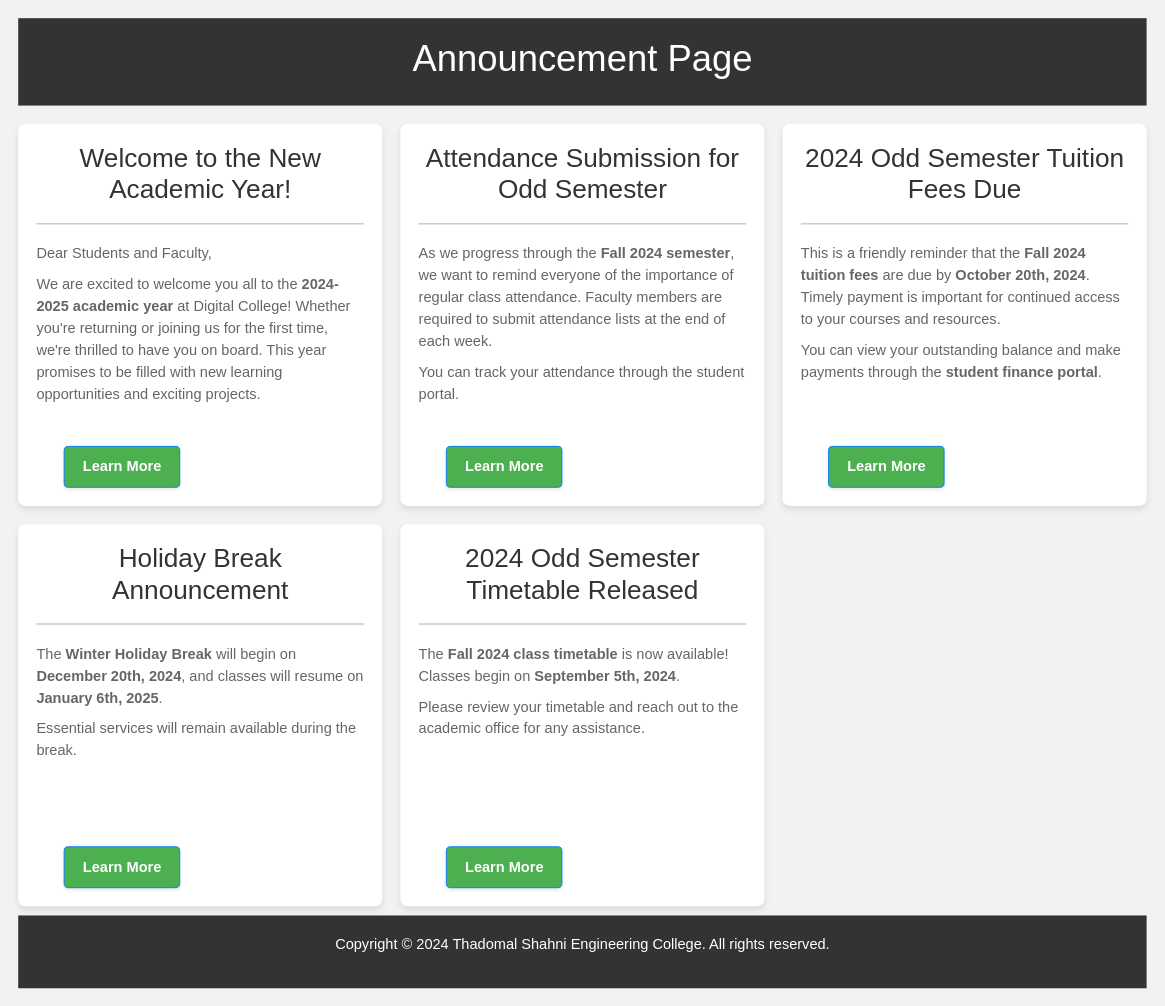
Repository: TejasS1233/MINITHON-hackathon-project
Page: annoucementpage.html
An editor plug-in stored every save of this project. The page is shown before and after the next save, followed by the edit.
The browser window is 1280 px wide. The pictures show the whole page, at 91% of full size.

Above is the page before, as saved 2024-09-20 11:32:45.

After the next save:
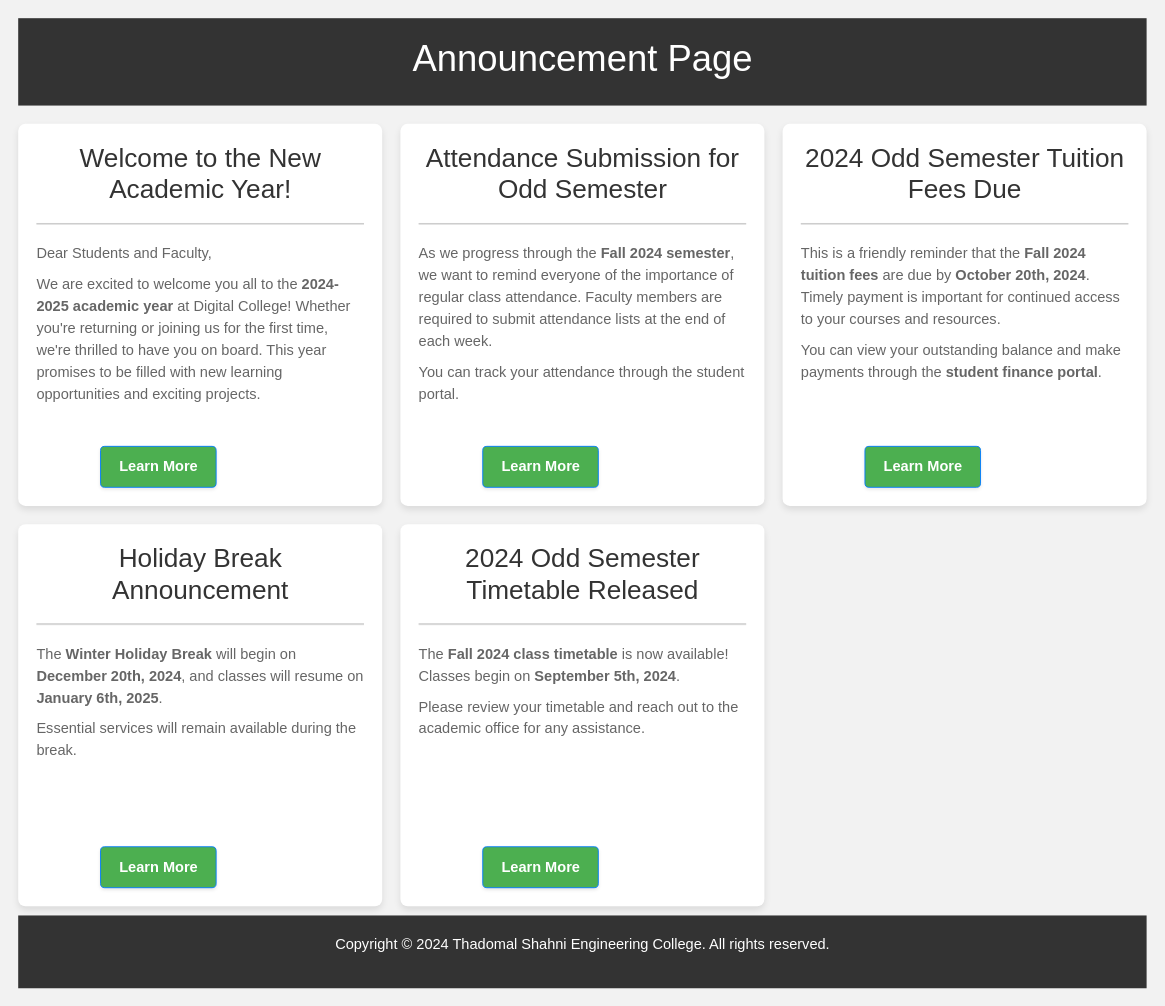
Saved 8 s later.
--- a/announcementpage.css
+++ b/announcementpage.css
@@ -73,7 +73,7 @@
     box-shadow: 0 2px 4px rgba(0, 0, 0, 0.1);
     position: absolute;
     bottom: 20px;
-    left: 50px;
+    left: 90px;
     overflow: hidden;
     text-align: center;
 }
